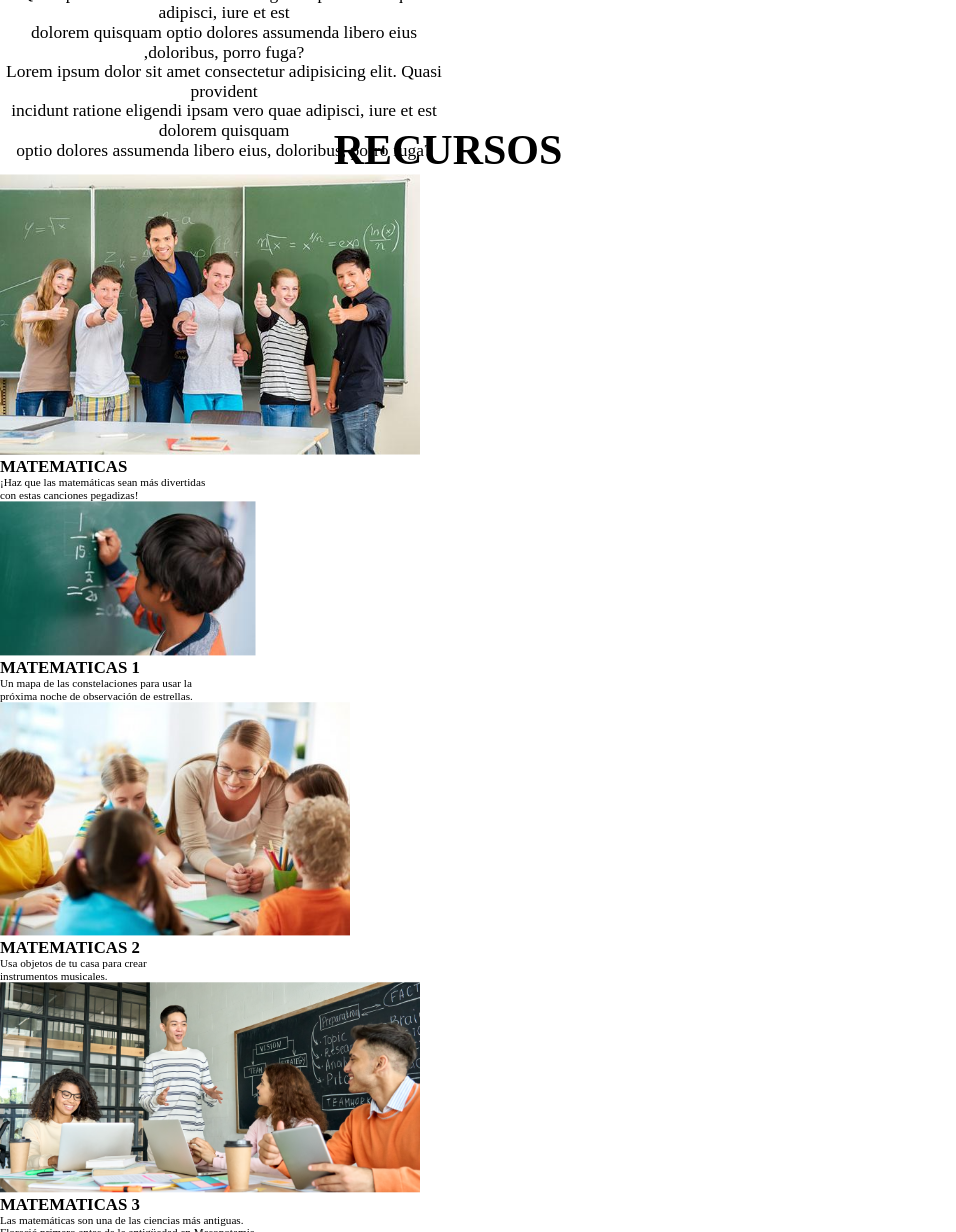
Repository: juanmg39/Servicio_Social
Page: talle2/index.html
The author's editor kept a copy of each file at every save. The page is drawn from the files as they stood at one save, then again after the next save.
The browser window is 1280 px wide. The page is 1366 px wide, then 1280 px, so the pictures cover 1366 px, including what lies to the right of the window. The pictures show the part of the page from y = 1005 to 2765 px (the page is 5709 px tall before and 3566 px after), at 70% of full size.
Pictures or frames that could not be fetched are drawn as grey boxes.

Above is the page before, as saved 2023-08-31 12:33:41.

After the next save:
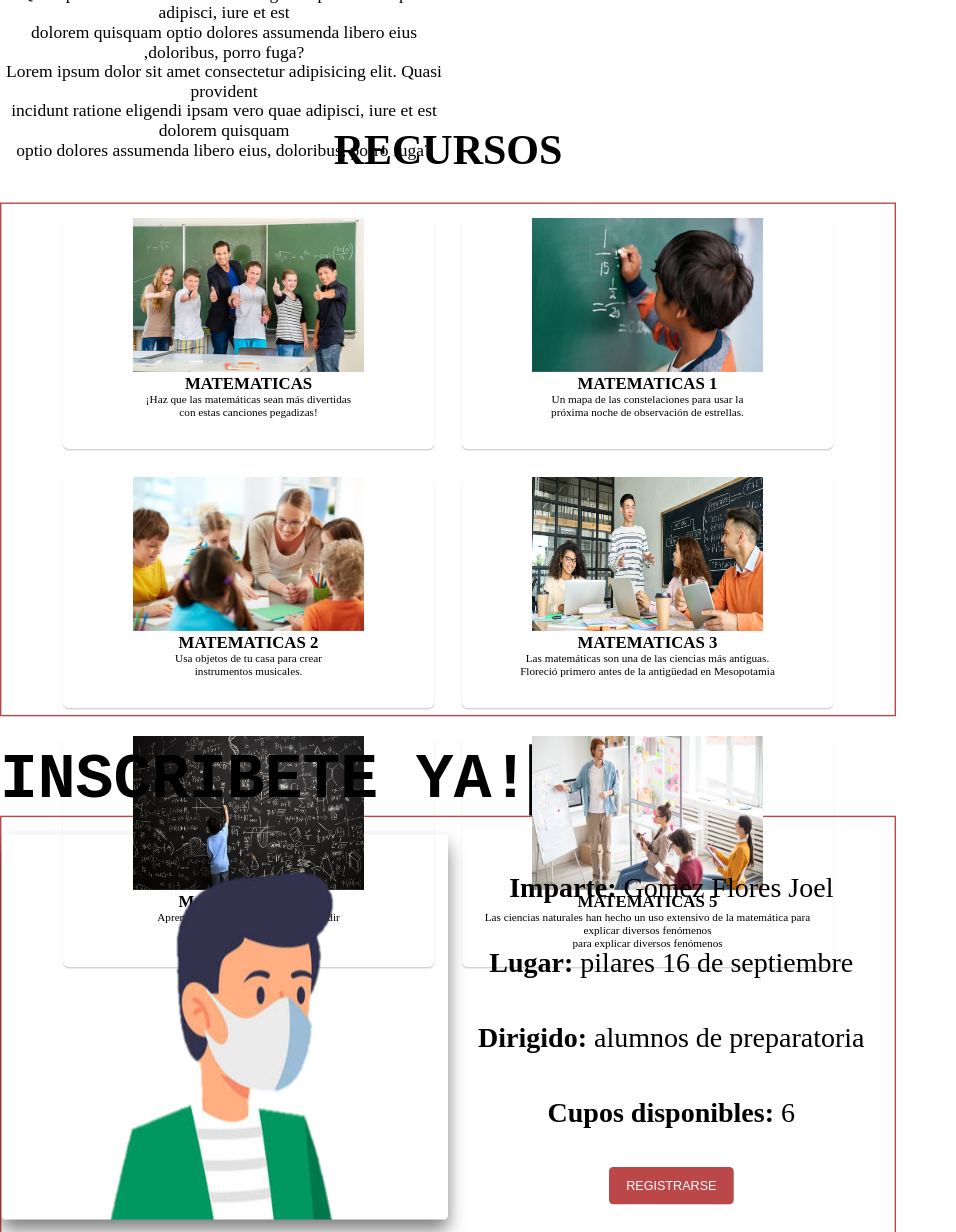
Saved 2 min 30 s later.
--- a/talle2/css/taller2.css
+++ b/talle2/css/taller2.css
@@ -59,7 +59,7 @@ header{
 /* RECURSOS DEL TALLER */
 
 
-/* section{
+section{
         height: 730px;
         display: flex;
         flex-wrap: wrap;
@@ -98,8 +98,12 @@ header{
         padding: 0 1rem;
         font-size: 16px;
         font-weight: 300px;
-    } */
+    }
+
+
    /*  INFORMACION DEL TALLERISTA */
+
+
     .inscribete{
 /*     width: 100%; */
     height: 600px;
